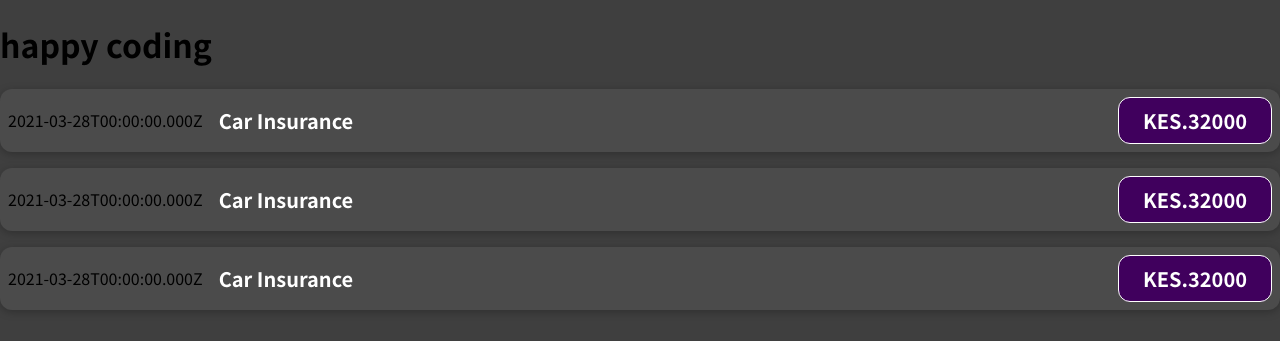
Repository: Samkiroko/expense-tracker-react
Page: /
An editor plug-in stored every save of this project. The page is shown before and after the next save, followed by the edit.
The browser window is 1280 px wide. The pictures show the whole page.
The project was rebuilt for these pictures with package versions that can differ from the ones it lists, and the page was loaded fresh each time.

Above is the page before, as saved 2021-06-08 11:26:53.

### src/index.css
@import url('https://fonts.googleapis.com/css2?family=Noto+Sans+JP:wght@400;700&display=swap');
* {
    box-sizing: border-box;
}

html {
    font-family: 'Noto Sans JP', sans-serif;
}

body {
    margin: 0;
    background-color: #3f3f3f;
}

### src/App.js
import ExpenseItem from './components/ExpenseItem'

function App(props) {
  const expenses = [
    {
      id: 'e1',
      title: 'Toilet Paper',
      amount: 94.12,
      date: new Date(2020, 7, 14),
    },
    { id: 'e2', title: 'New TV', amount: 799.49, date: new Date(2021, 2, 12) },
    {
      id: 'e3',
      title: 'Car Insurance',
      amount: 294.67,
      date: new Date(2021, 2, 28),
    },
    {
      id: 'e4',
      title: 'New Desk (Wooden)',
      amount: 450,
      date: new Date(2021, 5, 12),
    },
  ]
  return (
    <div className='App'>
      <h1>happy coding</h1>
      <ExpenseItem title={expenses[0].title} amount={expenses[0].amount} date={expenses[0].date} />
      <ExpenseItem title={expenses[1].title} amount={expenses[1].amount} date={expenses[1].date} />
      <ExpenseItem title={expenses[2].title} amount={expenses[2].amount} date={expenses[2].date} />
    </div>
  )
}

export default App

### src/components/ExpenseItem.js
import React from 'react'
import './ExpenseItem.css'

function ExpenseItem() {
  const expenseDate = new Date(2021, 2, 28)
  const expenseTitle = 'Car Insurance'
  const expenseAmount = 32000
  return (
    <div className='expense-item'>
      <div>{expenseDate.toISOString()}</div>
      <div className='expense-item__description'>
        <h2>{expenseTitle}</h2>
        <div className='expense-item__price'>KES.{expenseAmount}</div>
      </div>
    </div>
  )
}

export default ExpenseItem

### src/components/ExpenseItem.css
.expense-item {
    display: flex;
    justify-content: space-between;
    align-items: center;
    box-shadow: 0 2px 8px rgba(0, 0, 0, 0.25);
    padding: 0.5rem;
    margin: 1rem 0;
    border-radius: 12px;
    background-color: #4b4b4b;
}

.expense-item__description {
    display: flex;
    flex-direction: column;
    gap: 1rem;
    align-items: flex-end;
    flex-flow: column-reverse;
    justify-content: flex-start;
    flex: 1;
}

.expense-item h2 {
    color: #3a3a3a;
    font-size: 1rem;
    flex: 1;
    margin: 0 1rem;
    color: white;
}

.expense-item__price {
    font-size: 1rem;
    font-weight: bold;
    color: white;
    background-color: #40005d;
    border: 1px solid white;
    padding: 0.5rem;
    border-radius: 12px;
}

@media (min-width: 580px) {
    .expense-item__description {
        flex-direction: row;
        align-items: center;
        justify-content: flex-start;
        flex: 1;
    }
    .expense-item__description h2 {
        font-size: 1.25rem;
    }
    .expense-item__price {
        font-size: 1.25rem;
        padding: 0.5rem 1.5rem;
    }
}

Loaded but not shown: public/index.html (common file); src/index.js (common file)

After the next save:
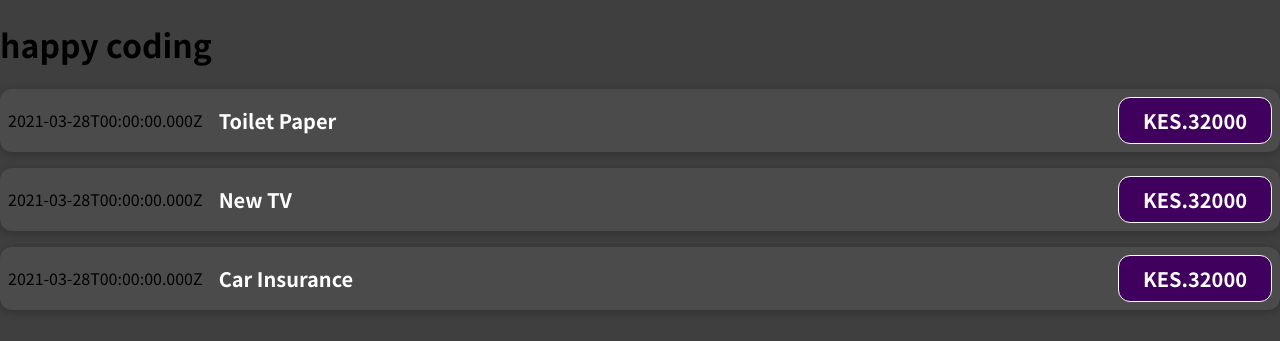
Saved 58 s later.
--- a/src/components/ExpenseItem.js
+++ b/src/components/ExpenseItem.js
@@ -1,7 +1,7 @@
 import React from 'react'
 import './ExpenseItem.css'
 
-function ExpenseItem() {
+function ExpenseItem(props) {
   const expenseDate = new Date(2021, 2, 28)
   const expenseTitle = 'Car Insurance'
   const expenseAmount = 32000
@@ -9,7 +9,7 @@ function ExpenseItem() {
     <div className='expense-item'>
       <div>{expenseDate.toISOString()}</div>
       <div className='expense-item__description'>
-        <h2>{expenseTitle}</h2>
+        <h2>{props.title}</h2>
         <div className='expense-item__price'>KES.{expenseAmount}</div>
       </div>
     </div>
